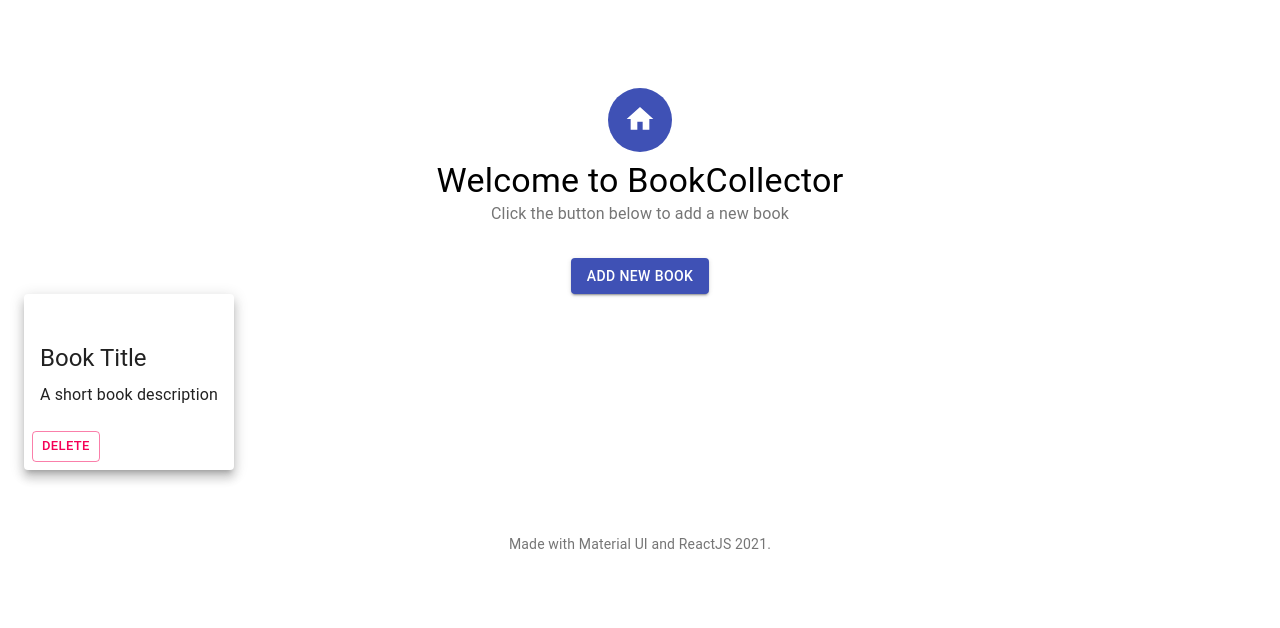
Repository: Colo-Codes/mini-project-react-book-collector
Page: /
These files come from the project's save history. The page is drawn as it stood at one moment and after a run of saves; the edit follows.
The browser window is 1280 px wide. The pictures show the whole page.
The project was rebuilt for these pictures with package versions that can differ from the ones it lists, and the page was loaded fresh each time. Also part of the build but not shown: src/Books/AddBookForm.js.

Above is the page before, as saved 2021-08-25 08:48:35.

After the next 3 saves:
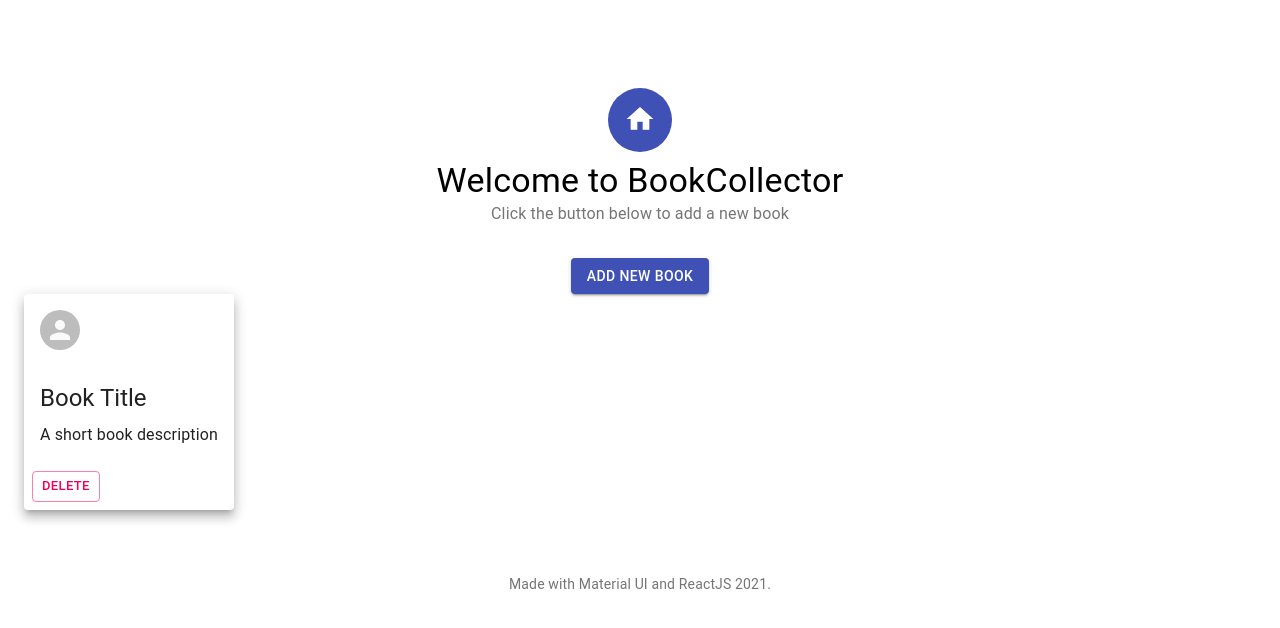
The 3 saves are shown as one change because 2 did not build or start.
The last was saved 5 min 41 s later.
--- a/src/App.js
+++ b/src/App.js
@@ -1,6 +1,6 @@
 import React, { useState } from 'react';
 
-import { Box, Button, makeStyles, Container, Grid, Card, CardContent, CardActions, Typography, CardHeader } from '@material-ui/core';
+import { Box, Button, makeStyles, Container, Grid, Card, CardContent, CardActions, Typography, CardHeader, Avatar } from '@material-ui/core';
 import { Home } from '@material-ui/icons';
 
 import AddBookForm from './Books/AddBookForm';
@@ -46,7 +46,7 @@ function App() {
 
             <Grid item>
               <Card raised>
-                <CardHeader action="">
+                <CardHeader avatar={<Avatar></Avatar>}>
 
                 </CardHeader>
                 <CardContent>
